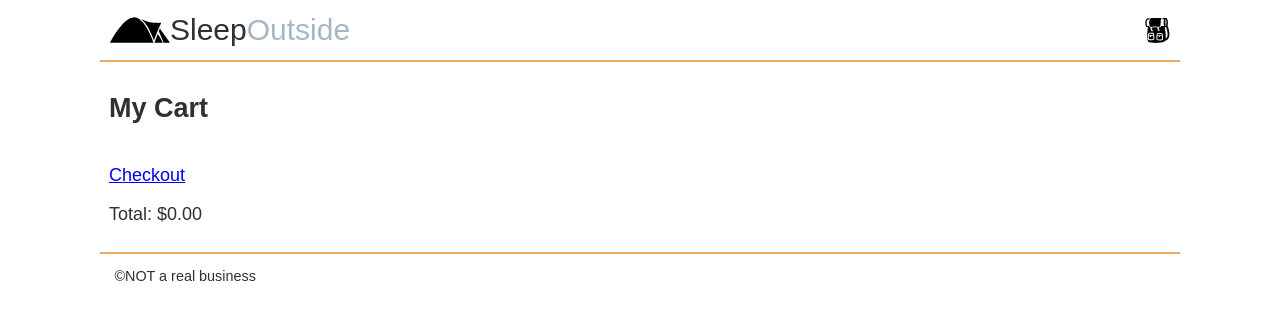
Repository: yllenfer/week02
Page: src/cart/index.html
These files come from the project's save history. The page is drawn as it stood at one moment and after the next save; the edit follows.
The browser window is 1280 px wide. The pictures show the whole page.

Above is the page before, as saved 2023-11-06 20:27:57.
Console error: TypeError: Cannot read properties of null (reading 'map')

After the next save:
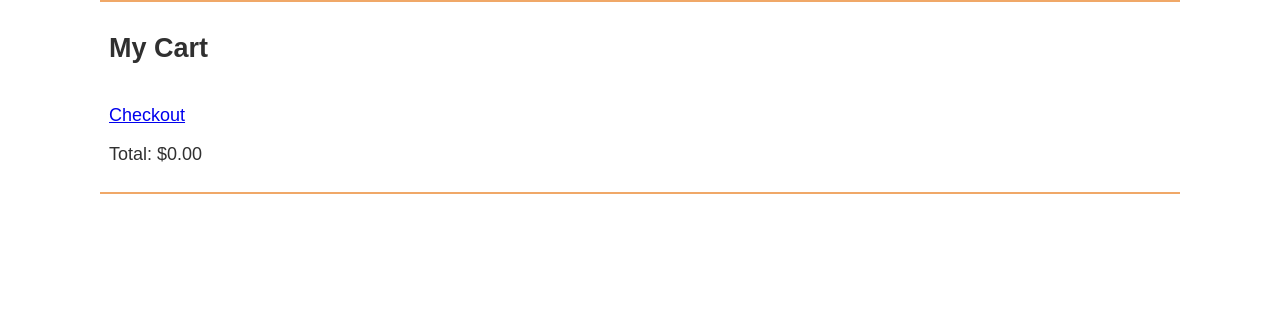
Console error: TypeError: Cannot read properties of null (reading 'addEventListener')
Saved 19 s later.
--- a/src/js/utils.mjs
+++ b/src/js/utils.mjs
@@ -230,3 +230,28 @@ export function removeAllAlerts() {
   const alerts = document.querySelectorAll(".alert");
   alerts.forEach((alert) => document.querySelector("main").removeChild(alert));
 }
+
+
+// Function to display a success message
+function showSuccessMessage() {
+  const successMessage = document.createElement("div");
+  successMessage.textContent = "Product added to the cart!";
+  successMessage.classList.add("success-message");
+  document.body.appendChild(successMessage);
+
+  setTimeout(() => {
+    successMessage.remove();
+  }, 3000); // Display for 3 seconds (adjust duration as needed)
+}
+
+// add to cart button event handler
+async function addToCartHandler(e) {
+  const product = await findProductById(e.target.dataset.id);
+  addProductToCart(product);
+
+  // Show a success message
+  showSuccessMessage();
+}
+
+// add listener to Add to Cart button
+document.getElementById("addToCart").addEventListener("click", addToCartHandler);

After the save that followed:
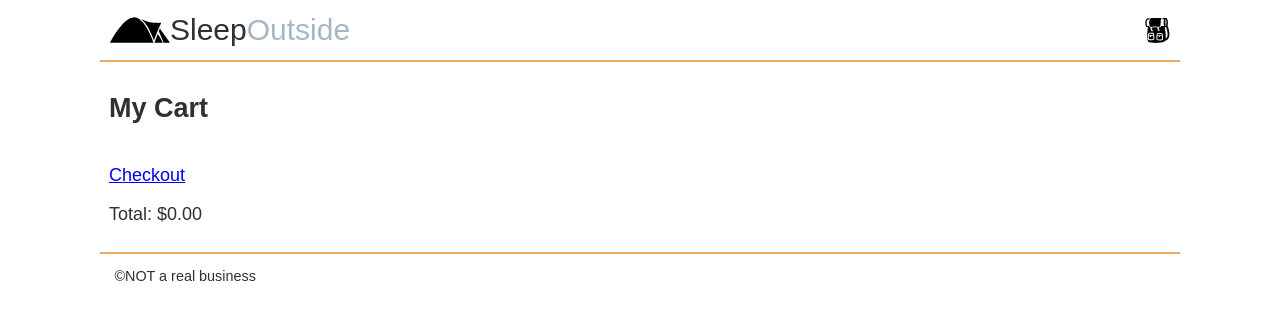
Console error: TypeError: Cannot read properties of null (reading 'map')
Saved 67 s later.
--- a/src/js/utils.mjs
+++ b/src/js/utils.mjs
@@ -230,28 +230,3 @@ export function removeAllAlerts() {
   const alerts = document.querySelectorAll(".alert");
   alerts.forEach((alert) => document.querySelector("main").removeChild(alert));
 }
-
-
-// Function to display a success message
-function showSuccessMessage() {
-  const successMessage = document.createElement("div");
-  successMessage.textContent = "Product added to the cart!";
-  successMessage.classList.add("success-message");
-  document.body.appendChild(successMessage);
-
-  setTimeout(() => {
-    successMessage.remove();
-  }, 3000); // Display for 3 seconds (adjust duration as needed)
-}
-
-// add to cart button event handler
-async function addToCartHandler(e) {
-  const product = await findProductById(e.target.dataset.id);
-  addProductToCart(product);
-
-  // Show a success message
-  showSuccessMessage();
-}
-
-// add listener to Add to Cart button
-document.getElementById("addToCart").addEventListener("click", addToCartHandler);
